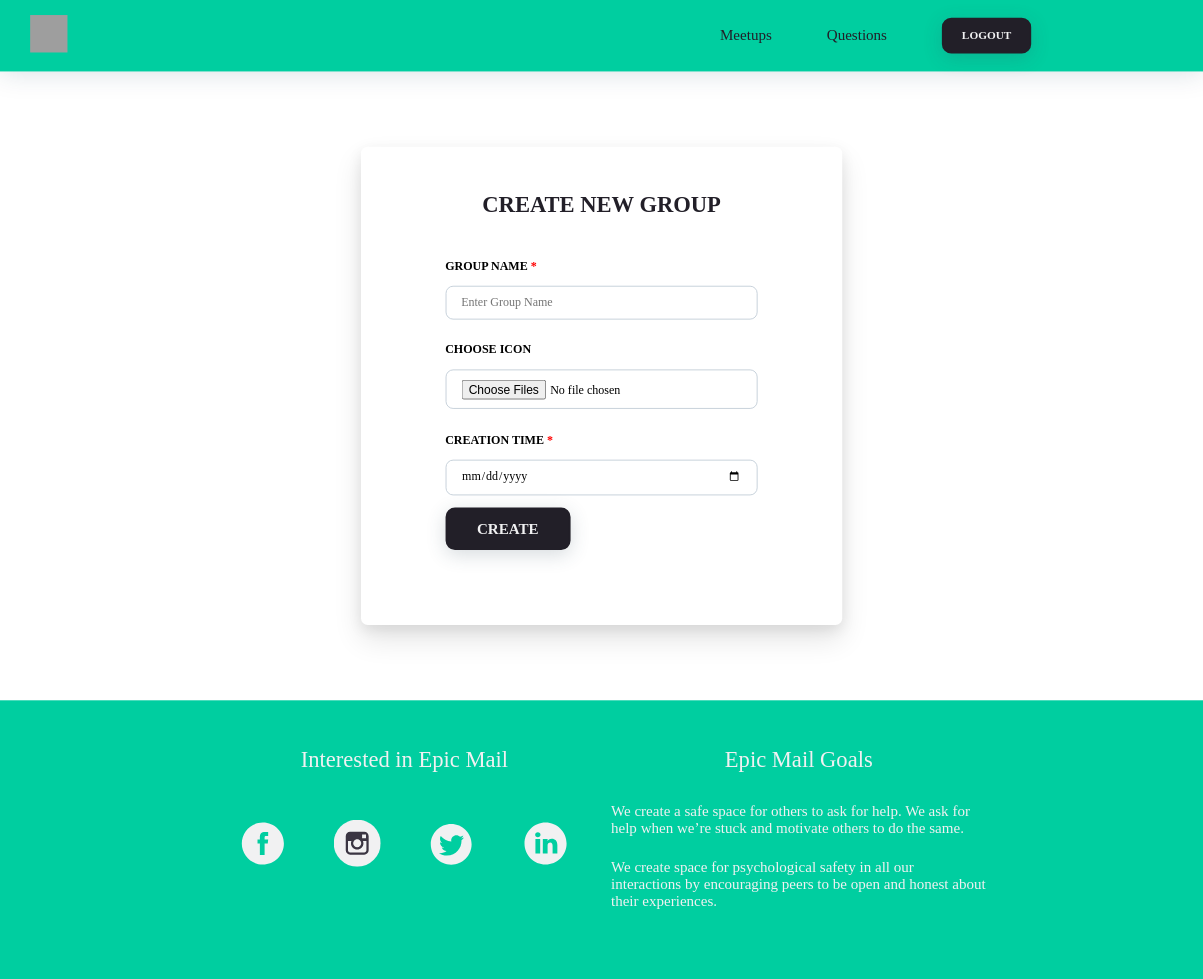
Repository: Gfreedoms/Epic-Mail
Page: pages/create_group.html
The author's editor kept a copy of each file at every save. The page is drawn from the files as they stood at one save, then again after the next save.
The browser window is 1280 px wide. The pictures show the whole page, at 94% of full size.
Pictures or frames that could not be fetched are drawn as grey boxes. Some web fonts or font styles are not loaded; a fallback is used.

Above is the page before, as saved 2019-02-28 06:37:50.

### pages/create_group.html
<!DOCTYPE html>
<html lang="en">

<head>
	<meta charset="UTF-8">
	<meta name="viewport" content="width=device-width, initial-scale=1.0">
	<meta http-equiv="X-UA-Compatible" content="ie=edge">
	<link rel="apple-touch-icon" sizes="180x180" href="../assets/favicon/apple-touch-icon.png">
	<link rel="icon" type="image/png" sizes="32x32" href="../assets/favicon/favicon-32x32.png">
	<link rel="icon" type="image/png" sizes="16x16" href="../assets/favicon/favicon-16x16.png">
	<link rel="manifest" href="../assets/favicon/site.webmanifest">
	<link rel="mask-icon" href="../assets/favicon/safari-pinned-tab.svg" color="#5bbad5">
	<meta name="msapplication-TileColor" content="#da532c">
	<meta name="theme-color" content="#ffffff">
	<link rel="stylesheet" href="../styles/meetups.css">
	<link rel="stylesheet" href="../styles/base.css">
	<link rel="stylesheet" href="../styles/format.css">
	<title>Create Group | Epic Mail - ANDELA BOOTCAMP</title>
</head>

<body>
	<!-- Navigation Section Starts -->
	<section id="navigation">
		<nav class="navbar">
			<a href="../" id="nav-brand">
				<img src="../assets/imgs/logo.svg" alt="">
			</a>
			<ul class="nav-menu">
				<li class="visibility"><a class="hover-t" href="./login.html">Login</a></li>
				<li><a class="hover-t" href="./meetup.html">Meetups</a></li>
				<li><a class="hover-t" href="./questions.html">Questions</a></li>
				<li><a class="reg-btn box-sh-dark hover-lg" href="../">Logout</a></li>
			</ul>
			<a id="menu" href="">
				<img src="../assets/imgs/menu.svg" alt="">
			</a>
		</nav>
	</section>
	<!-- Navigation Section Ends -->

	<!-- SideBar Nav -->
	<ul id="sidebar" class="navbar-side side-hidden">
		<li><a href="./groups.html">Groups</a></li>
		<li><a class="" href="../index.html">Logout</a></li>
	</ul>
	<!-- End SideBar Nav -->
	<section class="container w-auto">
		<div id="q-wrapper" class="card mauto m4 p3">
			<form action="/" method="POST">
				<div class="container">
					<h3 class="md-text">Create New Group</h3>
					<div class="m1 input">
						<label class="m1" for="name">Group Name <span class="is-danger">*</span></label>
						<input class="p1 b-rsm" type="text" name="topic" placeholder="Enter Group Name ">
					</div>

					<div class="m1 input">
						<label class="m1" for="name">Choose icon </label>
						<input class="p1 b-rsm" name="files" type="file" accept="image/*" placeholder="Choose Icon" multiple>
					</div>

					<div class="m1 input">
						<label class="m1" for="name">Creation Time <span class="is-danger">*</span></label>
						<input class="p1 b-rsm" type="date" name="Creation Time">
					</div>
					<div class="m2 input">
						<a class="btn sm box-sh-dark" href="./groups.html">Create</a>
					</div>
				</div>
			</form>
		</div>
	</section>

	<footer class="bg-secondary">
		<div class="container">
			<div class="info-about">
				<h3 class="md-text">Interested in Epic Mail</h3>
				<div class="social-links">
					<a href="#!"><img src="../assets/imgs/icons/facebook.svg" alt=""></a>
					<a href="#!"><img src="../assets/imgs/icons/instagram.svg" alt=""></a>
					<a href="#!"><img src="../assets/imgs/icons/twitter.svg" alt=""></a>
					<a href="#!"><img src="../assets/imgs/icons/linkedin.svg" alt=""></a>
				</div>
			</div>
			<div class="additional-info">
				<h3 class="md-text">Epic Mail Goals</h3>
				<p class="sm-text">
					We create a safe space for others to ask for help.
					We ask for help when we’re stuck and motivate others to do the same.
				</p>
				<p class="sm-text">
					We create space for psychological safety in all our interactions by encouraging peers to be open and honest about
					their experiences.
				</p>
			</div>
		</div>
	</footer>
	<script src="../scripts/index.js"></script>
</body>

</html>

### styles/meetups.css
@media screen and (min-width: 1680px) {
	.stats h3.sm-text {
		font-size: 1.5rem !important;
	}
}

.btn {
	padding: 1rem 1.2rem !important;
	font-size: 1rem !important;
}

.ptb-5 {
	padding: 50px 0;
}

.pall-1 {
	padding: 1rem;
}

.highlight {
	margin: 1rem 0;
	font-style: italic;
	font-family: 'Circular-Book';
	font-weight: 400;
}

.meetups {
	padding: 1rem 2rem;
	margin-top: 2rem;
	margin-bottom: 2rem;
}

.meetups:hover {
	cursor: pointer;
	transform: scale(1.009, 1.009);
	-webkit-box-shadow: 2px 2px 20px 0px rgba(128, 128, 128, 0.74);
	-moz-box-shadow: 2px 2px 20px 0px rgba(128, 128, 128, 0.74);
	box-shadow: 2px 2px 20px 0px rgba(128, 128, 128, 0.74);
	transition: all 0.8s cubic-bezier(0.165, 0.84, 0.44, 1);
}

.media {
	grid-template-columns: 1fr 1fr;
	display: grid;
}

.media div {
	display: grid;
	grid-template-columns: 1fr 1fr;
	align-items: self-end;
}

.meetups .img {
	height: 100px;
	border-radius: 50%;
}

.meetups a>img {
	height: 1rem;
}

.meetups span {
	font-weight: 600;
	font-family: "Circular-Book";
	color: #00cea0;
	font-size: 0.7rem;
}

.meetups textarea {
	border-radius: 0.25rem;
	resize: none;
	padding: 1rem;
	margin-bottom: 1rem;
}

.meetups .btn {
	width: 30%;
}

.title {
	color: #221F28;
}

.intro a {
	width: 30%;
}

.intro h3 {
	color: #221F28;
	margin-bottom: 1rem;
}

div.stats.m1 {
	margin-top: 2.5rem !important;
	/* margin-bottom: 3rem !important; */
}

.user h3.sm-text {
	color: #393541;
	font-weight: 400;
	font-family: 'Circular-Book';
	font-size: 0.8rem;
	margin-bottom: 0;
}

.user span {
	font-size: 0.8rem;
}

h3.sm-text {
	color: #393541;
	font-weight: 800;
}

#meetups p.sm-text {
	color: inherit;
}

.stats {
	display: grid;
	grid-template-columns: 1fr 1fr;
}

.rsvp {
	text-align: right;
}

.rsvp span {
	padding: 0.6rem 0.9rem;
	color: white;
	border-radius: 6px;
	cursor: pointer;
}

@media screen and (max-width: 425px) {
	.stats {
		grid-template-columns: 1fr !important;
	}

	.rsvp {
		text-align: left;
	}

	.user h3.sm-text {
		margin-bottom: 1rem;
	}
}

@media screen and (max-width: 562px) {
	.stats {
		grid-template-columns: 1fr 2fr;
	}
}

@media (min-width: 576px) {
	.media div {
		display: grid;
		grid-template-columns: 1fr 1fr;
		margin-left: 0.3rem;
	}

	.media {
		grid-template-columns: 1fr;
		grid-gap: 10px;
	}
}

### styles/base.css
@import url('./fonts.css');

* {
	margin: 0;
	padding: 0;
	box-sizing: border-box;
}

a {
	color: #221F28;
	text-decoration: none;
}

.q-actions {
    display: block;
    margin: 20px 0;
    height: auto;
}

#navigation {
	z-index: 1;
	background: #00cea0;
	/* background: #F1F1F2; */
	width: 100%;
	height: auto;
	padding: 1rem 2rem;
	box-shadow: 0 0 30px rgba(7, 51, 84, .17);
	-webkit-box-shadow: 0 0 30px rgba(7, 51, 84, .17);
	-moz-box-shadow: 0 0 30px rgba(7, 51, 84, .17);
}

#nav-brand img {
    height: 40px;
    width: 40px;
}

.navbar {
	display: grid;
	grid-template-columns: 20% 40%;
	grid-gap: 30%;
	align-items: center;
}

.navbar-side {
	height: 100%;
	background: #F1F1F2;
	position: absolute;
	z-index: 9999;
	width: 350px;
	/* box-shadow: 9px -1px 29px 1px; */
	box-shadow: 13px 0px 22px -10px rgba(35, 31, 41, 0.44);
	padding: 20px;
	list-style-type: none;
}

.navbar-side li {
	padding: 20px 10px;
}

.navbar-side li:hover {
	background: #221F28;
	color: #F1F1F2;
}

.navbar-side li:hover>a {
	color: #F1F1F2;
}

.navbar-side a {
	font-family: 'Circular-Book';
}

.navbar-side a:hover {
	color: #F1F1F2;
}

.side-hidden {
	margin-left: -390px;
	transition: all 0.3s ease-out;
}

.side-active {
	margin-left: 0px;
	transition: all 0.3s ease-in;
}

.nav-menu {
	list-style-type: none;
	display: flex;
	align-items: center;
}

.nav-menu li {
	justify-content: center;
	flex: auto;
	display: flex;
}

.nav-menu a {
	text-decoration: none;
}

.reg-btn {
	background: #221F28;
	color: #F1F1F2;
	padding: 0.8rem 1.2rem;
	line-height: 9px;
	font-weight: 600;
	text-transform: uppercase;
	font-size: 12px;
	border-radius: 10px;
	-webkit-border-radius: 10px;
	-moz-border-radius: 10px;
	display: block;
	transition: all .5s ease;
	-webkit-transition: all .5s ease;
	-moz-transition: all .5s ease;
	border: 2px solid #221F28;
}

.btn {
	background: #221F28;
	color: #F1F1F2;
	padding: 1.5rem 1rem;
	line-height: 9px;
	font-weight: 600;
	text-transform: uppercase;
	font-size: 1.5rem;
	border-radius: 10px;
	-webkit-border-radius: 10px;
	-moz-border-radius: 10px;
	display: block;
	transition: all .5s ease;
	-webkit-transition: all .5s ease;
	-moz-transition: all .5s ease;
	border: 2px solid #221F28;
	text-align: center;
}

.cta-btn {
	background: #F1F1F2;
	color: #221F28;
	font-family: 'Circular-Bold';
	margin: 2rem 0;
	padding: 0.8rem 1.2rem;
	line-height: 2rem;
	font-size: 2rem;
	font-weight: 600;
	text-transform: uppercase;
	font-size: 1rem;
	border-radius: 10px;
	-webkit-border-radius: 10px;
	-moz-border-radius: 10px;
	transition: all .5s ease;
	-webkit-transition: all .5s ease;
	-moz-transition: all .5s ease;
	border: 2px solid #F1F1F2;
}

.btn.sm {
	width: 40%
}

.box-sh-dark {
	-webkit-box-shadow: 0 5px 20px rgba(51, 73, 90, .2);
	box-shadow: 0 5px 20px rgba(51, 73, 90, .2);
}

#section-hero {
	padding-top: 130px;
	padding-bottom: 130px;
	background-color: #393541;
	background-image: url("data:[embedded picture, 478 characters]");
	background-attachment: fixed;
	background-size: cover;
	background-repeat: no-repeat;
	background-position: 50%;
	min-height: 600px;
	position: relative;
	width: 100%;
	display: flex;
	align-items: CENTER;
}

/* @media screen and (max-width:1680px) {} */

@media screen and (min-width: 1680px) {
	.rsvp span {
		padding: 1rem 1.4rem !important;
		color: white !important;
		border-radius: 6px !important;
		cursor: pointer !important;
	}

	.nav-menu a.hover-t {
		font-size: 1.7rem !important;
	}

	.meetups span {
		font-size: 1.4rem !important;
	}

	.m1 {
		margin-top: 3rem !important;
		margin-bottom: 0.6rem !important;
	}

	#section-hero {
		background-position: 50%;
	}

	.nav-menu a.hover-t {
		font-size: 1.3rem;
	}

	.nav-menu a {
		text-decoration: none;
		font-size: 1.1rem;
	}

	.reg-btn {
		padding: 1.5rem 1.6rem 1.5rem;
	}

	.bg-text {
		font-size: 4rem !important;
	}

	.md-text {
		font-size: 2.2rem !important;
		margin-bottom: 1rem !important;
	}

	.sm-text {
		font-size: 1.5rem !important;
	}
}

.container {
	width: 75%;
	margin: 0 auto;
}

.w-sm {
	width: 80% !important;
}

.w-md {
	width: 60% !important;
}

.w-lg {
	width: 40% !important;
}

.hero-text {
	height: 100%;
}

.bg-text,
.md-text,
.sm-text {
	color: #F1F1F2;
}

.bg-text {
	margin-bottom: 1.5rem;
	font-family: 'Circular-Bold';
	font-weight: 700;
	font-size: 3rem;
}

.md-text {
	margin-bottom: 2rem;
	font-family: 'Circular-Book';
	font-weight: 400;
	font-size: 1.5rem;
}

.sm-text {
	margin-bottom: 1.5rem;
	font-family: 'Circular-Light';
	font-weight: 400;
	font-size: 1rem;
}

.info-section,
.info-platform,
.info-expl {
	padding: 3rem 0;
	min-height: 50%;
}

.info-section,
.info-expl {
	background: #F1F1F2;
}

.info-platform {
	background: #C5CFD9;
}

.info-section .container,
.info-platform .container,
.info-expl .container {
	display: grid;
	grid-template-columns: 1fr 1fr;
	/* padding: 50px; */
}

.side {
	margin-top: 2rem;
	margin-bottom: 2rem;
	position: relative;
}

.info-section p,
.info-section h3,
.info-platform p,
.info-platform h3,
.info-expl p,
.info-expl h3 {
	color: #221F28;
}

.bg-primary {
	background: #221F28;
}

.bg-secondary {
	background: #00cea0;
}

.info-desc {
	flex: 1;
	align-items: center;
	display: flex;
	flex-direction: column;
	justify-content: center;
}

.info-action {
	text-align: center;
}

.card {
	border-radius: .45rem;
	background: #ffffff;
	box-shadow: 0 15px 30px 0 rgba(0, 0, 0, .11), 0 5px 15px 0 rgba(0, 0, 0, .08);
}

.card-lg {
	border-radius: .25rem;
	background: #ffffff;
	box-shadow: 0 15px 30px 0 rgba(0, 0, 0, .11), 0 5px 15px 0 rgba(0, 0, 0, .08);
}

.mauto {
	margin-left: auto;
	margin-right: auto;
}

.m4 {
	margin-top: 5rem;
	margin-bottom: 5rem;
}

.m3 {
	margin-top: 3rem;
	margin-bottom: 3rem;
}

.m2 {
	margin-top: 2rem;
	margin-bottom: 2rem;
}

.m1 {
	margin-top: 0.6rem;
	margin-bottom: 0.6rem;
}

.p4 {
	padding-top: 5rem;
	padding-bottom: 5rem;
}

.p3 {
	padding-top: 3rem;
	padding-bottom: 3rem;
}

.p2 {
	padding-top: 2rem;
	padding-bottom: 2rem;
}

.p1 {
	padding-top: 0.6rem;
	padding-bottom: 0.6rem;
}

.t-al {
	text-align: center !important;
}

form label {
	font-weight: 600;
	text-transform: uppercase;
	font-size: 0.8rem;
	font-family: 'Circular-Book';
}

form .reg-btn {
	text-align: center;
}

#login-form {
	width: 350px;
}

#login-form h3,
#q-wrapper h3 {
	color: #221F28;
	text-transform: uppercase;
	font-weight: 800;
	text-align: center;
	/* border-bottom: 4px solid #221F28; */
}

.input {
	display: grid;
	grid-template-columns: 1fr;
	margin-top: 10px;
}

.input input {
	padding-left: 1rem;
	padding-right: 1rem;
	font-family: 'Circular-Light';
	font-size: 0.8rem;
	border: 1px solid #C5CFD9;
	background: #ffffff;
}

.input textarea {
	padding-left: 1rem;
	padding-right: 1rem;
	font-family: 'Circular-Light';
	font-size: 0.8rem;
	border: 1px solid #C5CFD9;
	background: #ffffff;
}

.input select {
	border: 1px solid #C5CFD9;
	padding: 0.4rem 0.5rem;
	height: 2rem;
}

.b-rsm {
	border-radius: 8px;
}

#menu {
	display: none;
}

#menu img {
	height: 30px;
}

img {
	height: 15rem;
	width: auto;
}

footer {
	padding: 50px 10px;
}

footer .container {
	display: grid;
	grid-template-columns: 1fr 1fr;
	/* margin-bottom: 50px; */
	grid-gap: 20px;
}

footer h3 {
	/* padding-bottom: 1rem; */
	/* border-bottom: 4px solid #F1F1F2; */
	text-align: center;
}

.social-links {
	display: grid;
	grid-template-columns: 1fr 1fr 1fr 1fr;
	margin-top: 50px;
}

.social-links img {
	height: 50px;
}

.social-links a {
	text-align: center;
}

.info-about h3 {
	margin-bottom: 0 !important;
}

.b-danger {
	background: #F01D43 !important;
}

.b-mild {
	background: #80808094 !important;
	color: #ffffff !important;
}

.b-success {
	background: #00cea0 !important;
}

.b-wicked {
	background: #ff003b !important;
}

/*
.b-wicked {
	background: #6a1b9a !important;
} */

.header {
	display: grid;
	grid-template-columns: 1fr 1fr;
	align-items: center;
}

.hover-t:hover {
	color: purple;
}

.hover-lg:hover {
	cursor: pointer;
	transform: scale(1.009, 1.009);
	-webkit-box-shadow: 2px 2px 20px 0px rgba(128, 128, 128, 0.74);
	-moz-box-shadow: 2px 2px 20px 0px rgba(128, 128, 128, 0.74);
	box-shadow: 2px 2px 20px 0px rgba(128, 128, 128, 0.74);
	transition: all 0.8s cubic-bezier(0.165, 0.84, 0.44, 1);
}

.visibility {
	visibility: hidden;
}

/* MEDIA QUERIES */
@media all and (max-width: 850px) {
	.navbar {
		grid-template-columns: 20% 60%;
		grid-gap: 20%;
	}
}

@media all and (max-width: 850px) {
	.nav-menu {
		display: none;
	}

	#menu {
		display: block;
		text-align: right;
	}
}

@media all and (max-width: 1050px) {
	.navbar {
		grid-template-columns: 20% 60%;
		grid-gap: 20%;
	}
}

@media all and (max-width: 350px) {
	img {
		height: 12rem;
		width: auto;
	}

	.social-links img {
		height: 40px;
	}
}

@media all and (max-width: 670px) {
	.social-links {
		margin-top: 25px;
	}

	.info-about {
		margin-bottom: 25px;
	}

	.nav-menu {
		flex-wrap: wrap;
	}

	.nav-menu>li {
		flex-basis: 50%;
	}

	.info-section .container,
	.info-platform .container,
	.info-expl .container {
		grid-template-columns: 1fr;
	}

	footer .container {
		grid-template-columns: 1fr;
		grid-gap: 10px;
	}
}

@media all and (max-width: 400px) {
	.nav-menu>li {
		flex-basis: 100%;
	}

	.intro a {
		width: 100% !important;
	}

	.btn {
		background: #221F28;
		color: #F1F1F2;
		padding: 0.8rem 1rem;
		line-height: 9px;
		font-weight: 600;
		text-transform: uppercase;
		font-size: 1rem;
		border-radius: 10px;
	}
}

@media all and (min-width: 576px) {
	.hide-lg {
		display: none !important;
	}
}

@media all and (max-width: 576px) {
	.hide-sm {
		display: none !important;
	}
}

@media all and (max-width: 450px) {
	.container {
		width: 80%;
	}

	#login-form {
		width: auto;
	}
}

@media all and (max-width: 400px) {
	.hero-text {
		top: 40%;
		width: 70%;
		left: 10%;
	}

	.md-text {
		font-family: 'Circular-Book';
		margin-bottom: 1rem;
		font-weight: 100;
		font-size: 1.2rem;
	}

	form label {
		font-family: 'Circular-Light';
	}

	.f-bold {
		font-family: 'Circular-Book' !important;
	}

	.bg-text {
		margin-bottom: 1.3rem;
		font-family: 'Circular-Book';
		font-weight: 400;
		font-size: 2rem;
	}

	.cta-btn {
		font-size: 0.7rem;
		padding: 0.4rem 1rem;
	}
}

@media (min-width: 576px) {
	.w-auto {
		width: 75% !important;
	}

	.container {
		width: 85%;
	}
}

@media (min-width: 768px) {
	.w-auto {
		width: 40% !important;
	}

	.container {
		width: 85%;
	}
}

@media (min-width: 992px) {
	.w-auto {
		width: 35% !important;
	}

	.container {
		width: 70%;
	}
}

@media (min-width: 1200px) {
	.w-auto {
		width: 40% !important;
	}

	.container {
		width: 65%;
	}
}

/* END MEDIA QUERIES */

### styles/format.css
.is-danger {
	color: red;
}

.divider {
	height: 0.2rem;
	background: #221F28;
	opacity: 0.1;
	margin: 1rem auto;
	width: 100%;
}

table {
	width: 750px;
	border-collapse: collapse;
	margin: 50px auto;
}

/* Zebra striping */
tr:nth-of-type(odd) {
	background: #eee;
}

th {
	background: #221F28;
	color: white;
	font-weight: bold;
}

td,
th {
	padding: 10px;
	border: 1px solid #ccc;
	text-align: left;
	font-size: 18px;
}

@media only screen and (max-width: 760px),
(min-device-width: 768px) and (max-device-width: 1024px) {

	table {
		width: 100%;
	}

	/* Force table to not be like tables anymore */
	table,
	thead,
	tbody,
	th,
	td,
	tr {
		display: block;
	}

	thead tr {
		position: absolute;
		top: -9999px;
		left: -9999px;
	}

	tr {
		border: 1px solid #ccc;
	}

	td {
		border: none;
		border-bottom: 1px solid #eee;
		position: relative;
		padding-left: 50%;
	}

	td:before {
		position: absolute;
		/* Top/left values mimic padding */
		top: 6px;
		left: 6px;
		width: 45%;
		padding-right: 10px;
		white-space: nowrap;
		/* Label the data */
		content: attr(data-column);

		color: #000;
		font-weight: bold;
	}

	tbody tr {
		padding: 1rem;
	}
}

.m1 {
	margin-top: 0.8rem !important;
	margin-bottom: 0.8rem !important;
}

.pagination {
	text-align: center;
	margin: 2rem auto;
}

.pagination span {
	padding: 10px;
	border-radius: 2px;
	font-family: 'Circular-Book';
	font-weight: 600;
	font-size: 1rem;
	margin: 0 5px;
}

@media screen and (min-width: 1680px) {
	.reg-btn {
		padding: 1.5rem 1.6rem 1.5rem;
		font-size: 1rem;
	}

	.input {
		margin-top: 2rem;
	}

	.nav-menu a.hover-t {
		font-size: 1.4rem !important;
	}
}

### scripts/index.js
(function () {
  function togggleSidebar(e) {
    e.preventDefault();
    const sideBar = document.getElementById('sidebar');
    sideBar.classList.toggle('side-active');
    sideBar.classList.toggle('side-hidden');
  }
  const menu = document.getElementById('menu');
  menu.addEventListener('click', togggleSidebar, false);
}());

### styles/fonts.css
@font-face {
	font-family: "Circular-Light";
	src:
		url("../assets/fonts/Circular-Light.woff") format("woff");
}
@font-face {
	font-family: "Circular-Book";
	src:
		url("../assets/fonts/Circular-Book.woff") format("woff");
}
@font-face {
	font-family: "Circular-Bold";
	src:
		url("../assets/fonts/Circular-Bold.woff") format("woff");
}

* {
	font-family: 'Circular-Light';
}

After the next save:
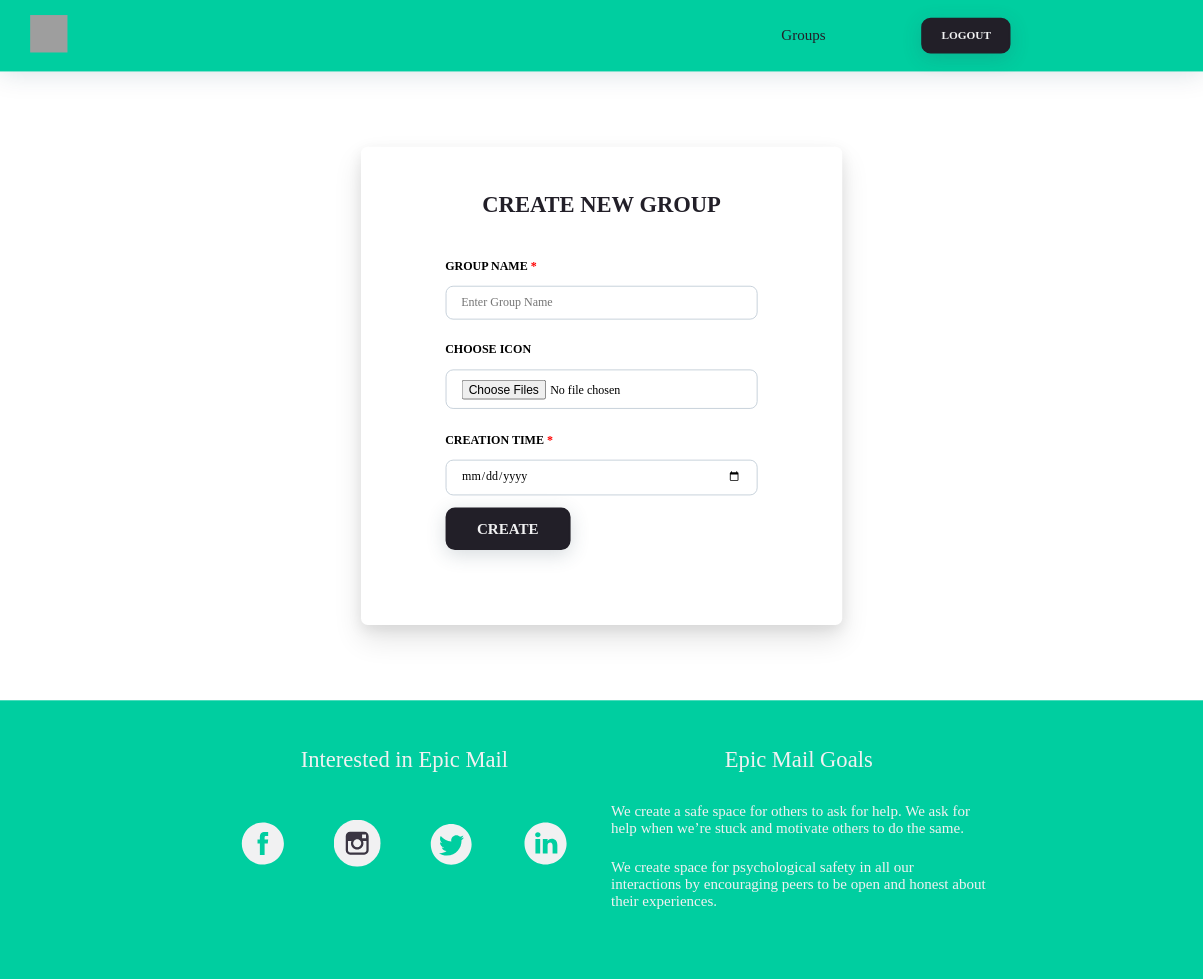
Saved 2 min 9 s later.
--- a/pages/create_group.html
+++ b/pages/create_group.html
@@ -27,8 +27,8 @@
 			</a>
 			<ul class="nav-menu">
 				<li class="visibility"><a class="hover-t" href="./login.html">Login</a></li>
-				<li><a class="hover-t" href="./meetup.html">Meetups</a></li>
-				<li><a class="hover-t" href="./questions.html">Questions</a></li>
+
+				<li><a class="hover-t" href="./groups.html">Groups</a></li>
 				<li><a class="reg-btn box-sh-dark hover-lg" href="../">Logout</a></li>
 			</ul>
 			<a id="menu" href="">
